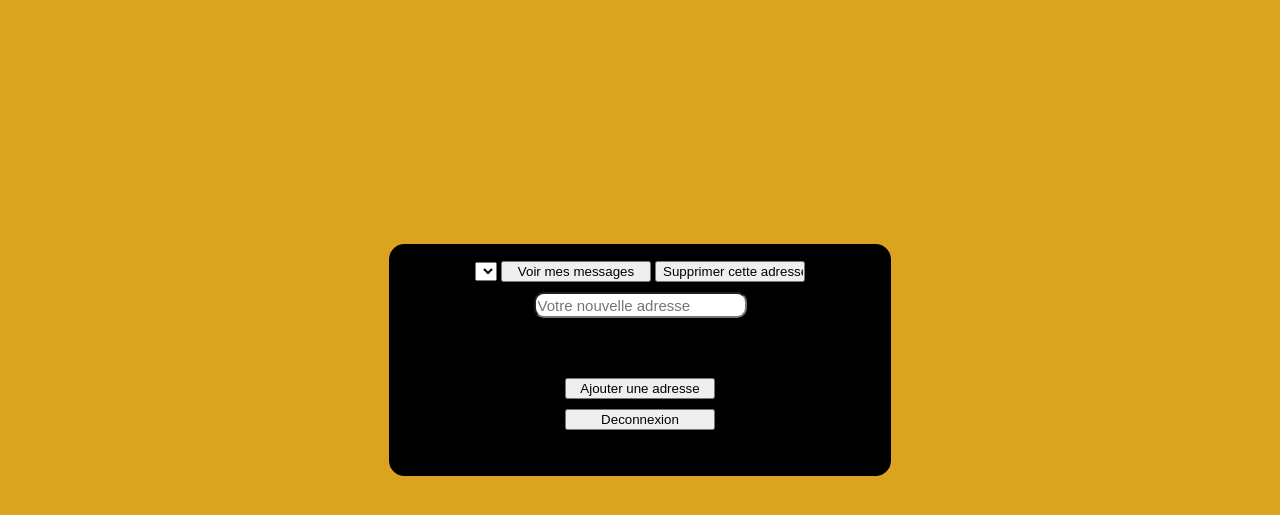
Repository: N1portekoi/JEE
Page: http://localhost/WebMail/JSP/Adresses.jsp
An editor plug-in stored every save of this project. The page is shown before and after the next save, followed by the edit.
The browser window is 1280 px wide. The pictures show the whole page.
The page is served by Tomcat 9. Other server files are loaded and not shown.

Above is the page before, as saved 2017-01-12 16:34:15.

### WebMail/WebContent/JSP/Adresses.jsp
<%@ taglib uri="http://java.sun.com/jsp/jstl/core" prefix="c" %>
<!DOCTYPE html>
<html>
<head>
<meta charset="utf-8">
<title>Web Mail - Adresses</title>
<link type="text/css" rel="stylesheet" href="CSS/Adresses.css" />
</head>
<body>
	<div id="main">
		<p>${sessionScope.utilisateur.prenom} ${sessionScope.utilisateur.nom}</p>
		<form method="POST" action="Adresses">
			<select name="selectAdresse">
				<c:forEach items="${sessionScope.utilisateur.adresses}" var="adresse">
					<option value="${adresse}">${adresse}</option>
				</c:forEach>
			</select>
			<input name="btnVoirMessages"   type="submit"   value="Voir mes messages" />
			<input name="btnSupprimerEmail" type="submit"   value="Supprimer cette adresse"/>
			<input name="nouvelleAdresse"   type="text"     placeholder="Votre nouvelle adresse"   maxlength="15">
			<p>@condorcet.be</p>
			<input name="btnAjouterAdresse" type="submit"   value="Ajouter une adresse" />
		</form>
		<form method="GET" action="Connexion">
			<input type="submit"   value="Deconnexion" />
		</form>
	</div>
	<div  id="message">
		${message}
	</div>
</body>
</html>

### WebMail/WebContent/CSS/Adresses.css
body
{
	background-color : #daa420;
}

#main
{
	border : black 1px solid;
	background-color : #000000;
	height : 230px;
	width : 500px;
	margin-left: auto;
	margin-right: auto;
	margin-top: 50vh;
  	transform: translateY(-50%);
  	border-radius : 15px;
}

#message
{
	display: inline-block;
	background-color : #000000;
	color : #ffffff;
	text-align : center;
	position : absolute;
	top : 50px;
	left : 50px;
}

.adresse
{
	text-align : center;
	font-size : 14px;
	margin-top : 10px;
	margin-bottom : 10px;
	color : #ffffff;
}

form
{
	text-align : center;
}

input
{
	margin-bottom : 10px;
}

input[type="text"], input[type="password"]
{
	border-radius : 10px;
	width : 205px;
	height : 20px;
	font-size : 15px;
}

input[type="submit"]
{
	width : 150px;
}

After the next save:
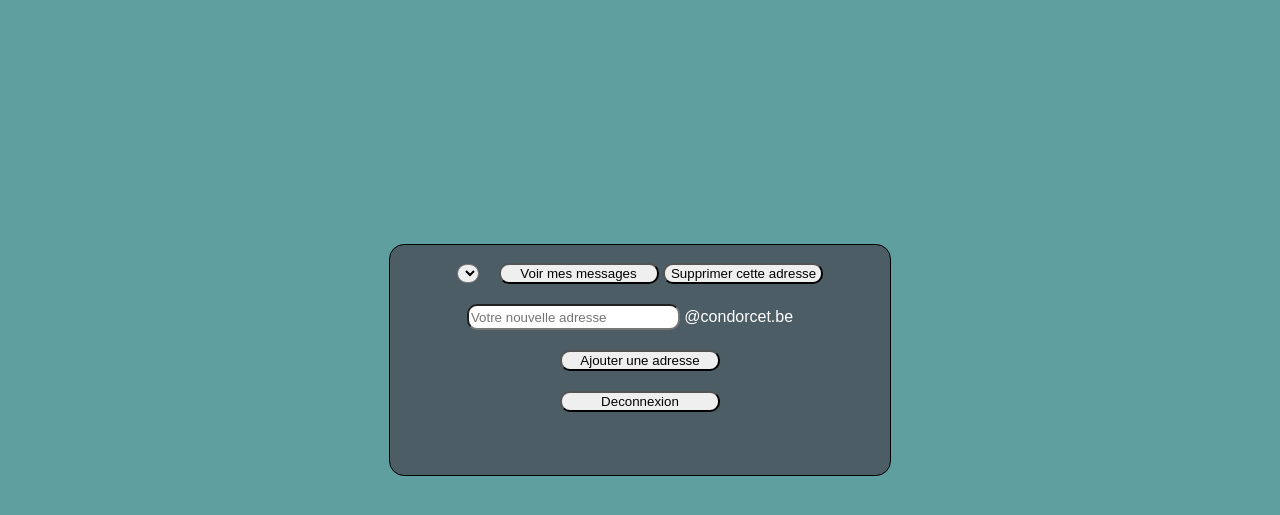
Saved 18 min 58 s later.
--- a/WebMail/WebContent/CSS/Adresses.css
+++ b/WebMail/WebContent/CSS/Adresses.css
@@ -1,12 +1,13 @@
 body
 {
-	background-color : #daa420;
+  background-color : #5F9F9F;
+  font-family: Arial;
 }
 
 #main
 {
 	border : black 1px solid;
-	background-color : #000000;
+	background-color : #4c5d65;
 	height : 230px;
 	width : 500px;
 	margin-left: auto;
@@ -27,12 +28,13 @@ body
 	left : 50px;
 }
 
-.adresse
+p
 {
+  display : inline;
 	text-align : center;
-	font-size : 14px;
 	margin-top : 10px;
 	margin-bottom : 10px;
+  margin-right : 20px;
 	color : #ffffff;
 }
 
@@ -41,9 +43,16 @@ form
 	text-align : center;
 }
 
+select
+{
+  border-radius : 10px;
+  margin-right : 15px;
+}
+
 input
 {
-	margin-bottom : 10px;
+  border-radius : 10px;
+	margin-bottom : 20px;
 }
 
 input[type="text"], input[type="password"]
@@ -51,10 +60,9 @@ input[type="text"], input[type="password"]
 	border-radius : 10px;
 	width : 205px;
 	height : 20px;
-	font-size : 15px;
 }
 
 input[type="submit"]
 {
-	width : 150px;
+	width : 160px;
 }
